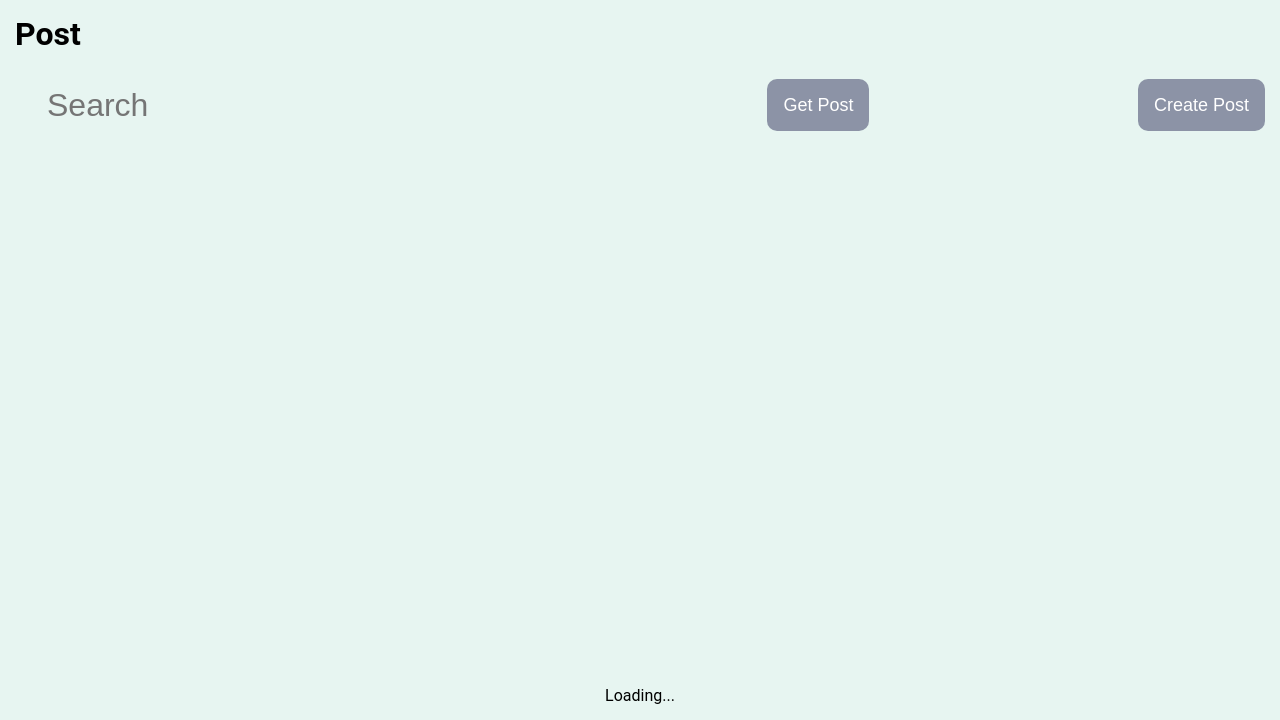
Repository: Axeliriya/vue-todo
Page: /
An editor plug-in stored every save of this project. The page is shown before and after the next save, followed by the edit.
The browser window is 1280 px wide. The pictures show the whole page.
The page's requests for data from a server got no answer. The project was rebuilt for these pictures with package versions that can differ from the ones it lists, and the page was loaded fresh each time. No one was signed in, and anything a server would have sent is missing. Also part of the build but not shown: vue.config.js, src/components/PostItem.vue, src/components/PostList.vue, src/components/PostForm.vue.

Above is the page before, as saved 2022-04-02 01:36:56.

### public/index.html
<!DOCTYPE html>
<html lang="">
  <head>
    <meta charset="utf-8">
    <meta name="viewport" content="width=device-width,initial-scale=1.0">
    <link rel="icon" href="<%= BASE_URL %>favicon.ico">
    <title>Todo</title>
  </head>
  <body>
    <div id="app"></div>
  </body>
</html>

### src/main.js
import { createApp } from 'vue';
import App from './App';
import components from '@/components/UI';

const app = createApp(App);

components.forEach(component => {
  app.component(component.name, component);
});

app.mount('#app');

### src/App.vue
<template>
  <div class="app">
    <header class="header">
      <h1 class="title">Post</h1>
      <div class="head">
        <custom-input placeholder="Search" />
        <custom-btn @click="fetchPosts">Get Post</custom-btn>
        <custom-btn @click="showModal">Create Post</custom-btn>
      </div>
    </header>
    <div class="loader" v-if="true"><span>Loading...</span></div>
    <post-list v-else :posts="posts" @remove="removePost" />
    <custom-modal v-model:show="show"
      ><post-form v-model:show="show" @create="createPost"
    /></custom-modal>
  </div>
</template>

<script>
import axios from 'axios';
import PostList from '@/components/PostList';
import PostForm from '@/components/PostForm';

export default {
  components: {
    PostList,
    PostForm,
  },
  data() {
    return {
      posts: [],
      show: false,
      isLoading: false,
    };
  },
  methods: {
    createPost(post) {
      this.posts.push(post);
      this.show = false;
    },
    removePost(post) {
      this.posts = this.posts.filter(({ id }) => id !== post.id);
    },
    showModal() {
      this.show = true;
    },
    async fetchPosts() {
      this.isLoading = true;
      try {
        const { data } = await axios.get(
          'https://jsonplaceholder.typicode.com/posts?_limit=10',
        );
        this.posts = [...this.posts, ...data];
      } catch (e) {
        console.log(e?.message);
      } finally {
        this.isLoading = false;
      }
    },
  },
  mounted() {
    this.fetchPosts();
  },
};
</script>

<style>
* {
  margin: 0;
  padding: 0;
  box-sizing: border-box;
}

body {
  font-family: 'Roboto', sans-serif;
}

ul {
  list-style-type: none;
}

img {
  display: block;
  width: 100%;
  height: auto;
}

.app {
  display: grid;
  grid-template-columns: auto 1fr auto;
  grid-template-rows: 1fr;
  padding: 15px;
  height: 100vh;
  background-color: #e7f5f1;
}

.header {
  grid-template-columns: 1fr;
  grid-column: 2/ -2;
}

.head {
  display: flex;
  justify-content: space-between;
  align-items: center;
}

.loader {
  grid-column: 2/ -2;
  text-align: center;
}
</style>

### src/components/UI/index.js
import CustomBtn from '@/components/UI/CustomBtn';
import CustomInput from '@/components/UI/CustomInput';
import CustomModal from '@/components/UI/CustomModal';

export default [CustomBtn, CustomInput, CustomModal];

### src/components/UI/CustomBtn.vue
<template>
  <button class="button"><slot></slot></button>
</template>

<script>
export default {
  name: 'custom-btn',
};
</script>

<style scoped>
.button {
  border: none;
  background: rgb(3, 2, 53, 0.4);
  border-radius: 10px;
  padding: 16px;
  color: #ffffff;
  font-weight: 500;
  font-size: 18px;
  line-height: 20px;
  cursor: pointer;
}

.button:hover {
  background: rgb(3, 2, 53, 0.5);
}
</style>

### src/components/UI/CustomInput.vue
<template>
  <input class="input" :value="modelValue" @input="updateInput" type="text" />
</template>

<script>
export default {
  name: 'custom-input',
  props: {
    modelValue: [String, Number],
  },
  methods: {
    updateInput(e) {
      this.$emit('update:modelValue', e.target.value);
    },
  },
};
</script>

<style scoped>
.input {
  background-color: transparent;
  border: none;
  padding: 32px;
  font-weight: 400;
  font-size: 32px;
  line-height: 40px;
}
</style>

### src/components/UI/CustomModal.vue
<template>
  <div class="overlay" v-if="show" @click="showModal">
    <div class="modal" @click.stop>
      <slot></slot>
    </div>
  </div>
</template>

<script>
export default {
  name: 'custom-modal',
  props: {
    show: {
      type: Boolean,
      default: false,
    },
  },
  methods: {
    showModal() {
      this.$emit('update:show', false);
    },
  },
};
</script>

<style scoped>
.overlay {
  position: fixed;
  top: 0;
  left: 0;
  right: 0;
  bottom: 0;
  background-color: rgb(0, 0, 0, 0.2);
  display: flex;
  justify-content: end;
}

.modal {
  padding: 15px;
  background-color: #fff;
}
</style>

After the next save:
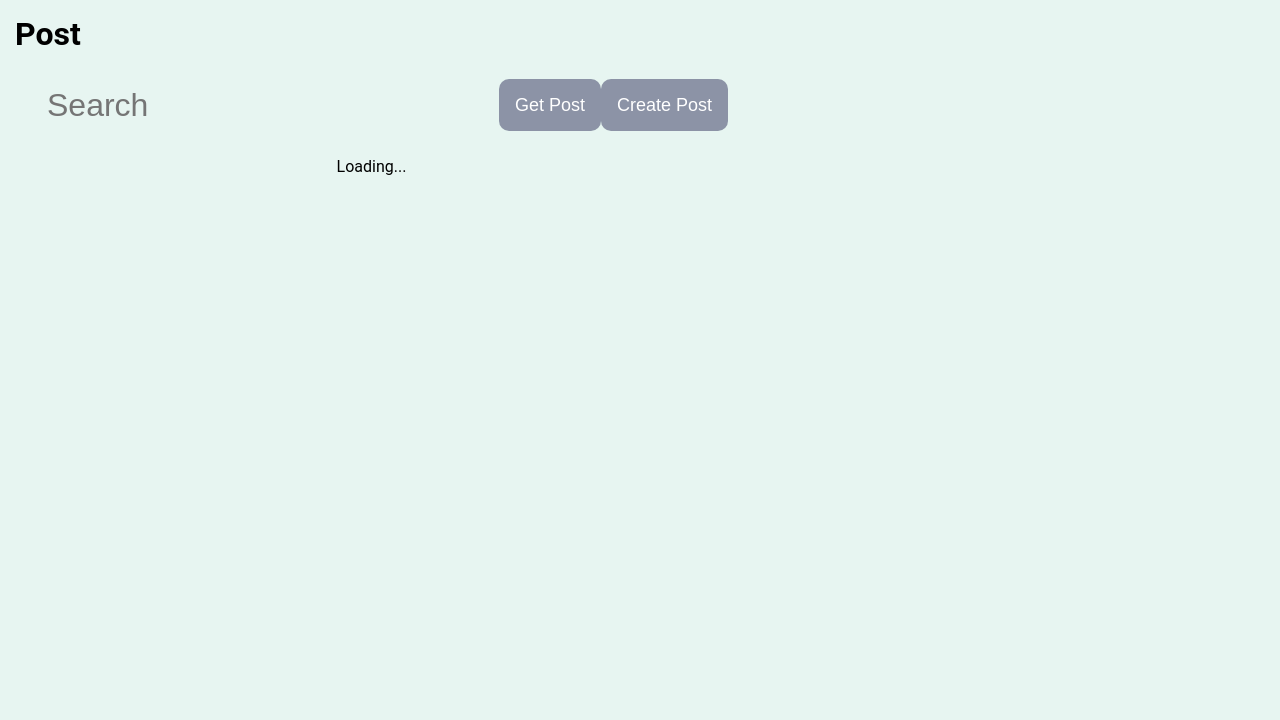
Saved 75 s later.
--- a/src/App.vue
+++ b/src/App.vue
@@ -1,18 +1,20 @@
 <template>
   <div class="app">
-    <header class="header">
-      <h1 class="title">Post</h1>
-      <div class="head">
-        <custom-input placeholder="Search" />
-        <custom-btn @click="fetchPosts">Get Post</custom-btn>
-        <custom-btn @click="showModal">Create Post</custom-btn>
-      </div>
-    </header>
-    <div class="loader" v-if="true"><span>Loading...</span></div>
-    <post-list v-else :posts="posts" @remove="removePost" />
-    <custom-modal v-model:show="show"
-      ><post-form v-model:show="show" @create="createPost"
-    /></custom-modal>
+    <main class="main">
+      <header class="header">
+        <h1 class="title">Post</h1>
+        <div class="head">
+          <custom-input placeholder="Search" />
+          <custom-btn @click="fetchPosts">Get Post</custom-btn>
+          <custom-btn @click="showModal">Create Post</custom-btn>
+        </div>
+      </header>
+      <div class="loader" v-if="true"><span>Loading...</span></div>
+      <post-list v-else :posts="posts" @remove="removePost" />
+      <custom-modal v-model:show="show"
+        ><post-form v-model:show="show" @create="createPost"
+      /></custom-modal>
+    </main>
   </div>
 </template>
 
